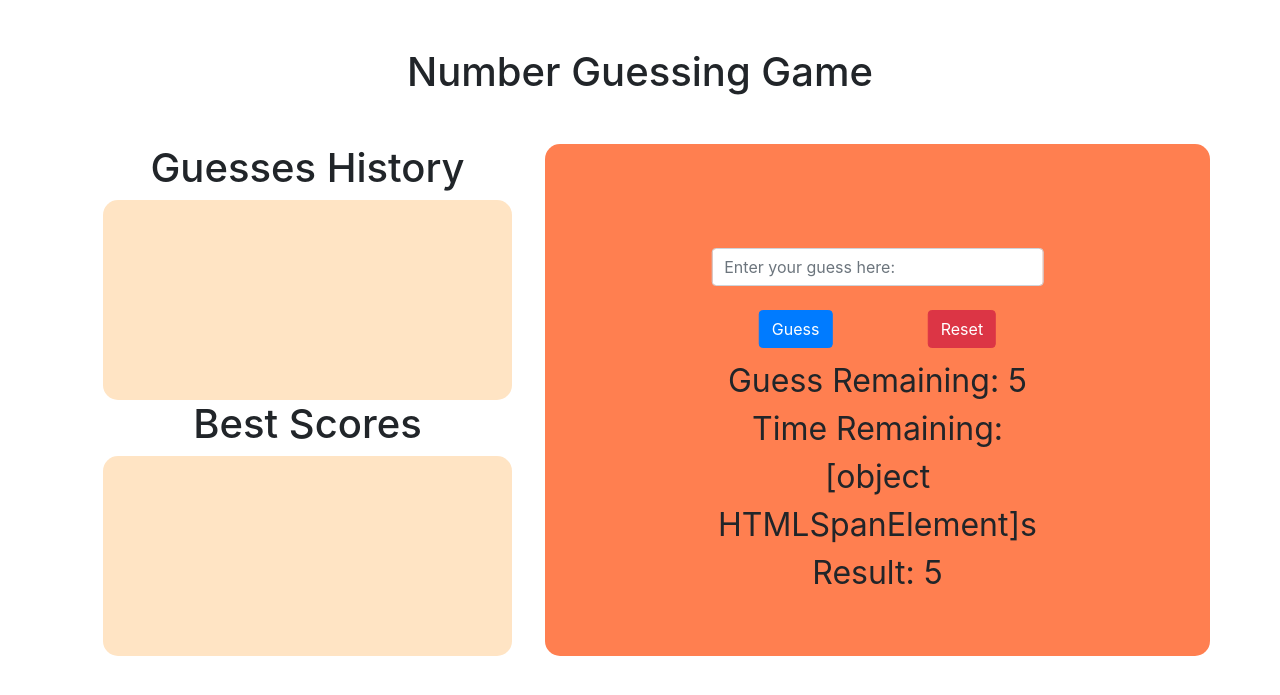
Repository: tts2610/NumberGuessingGame
Page: index.html
These files come from the project's save history. The page is drawn as it stood at one moment and after the next save; the edit follows.
The browser window is 1280 px wide. The pictures show the whole page.
After loading, the first visible `#startGameBtn` was clicked once.

Above is the page before, as saved 2020-05-13 13:17:43.

### index.html
<!DOCTYPE html>
<html lang="en">

<head>
    <meta charset="UTF-8">
    <meta name="viewport" content="width=device-width, initial-scale=1.0">
    <title>Document</title>
    <link rel="stylesheet" href="https://maxcdn.bootstrapcdn.com/bootstrap/4.4.1/css/bootstrap.min.css">

    <!-- jQuery library -->
    <script src="https://ajax.googleapis.com/ajax/libs/jquery/3.4.1/jquery.min.js"></script>

    <!-- Popper JS -->
    <script src="https://cdnjs.cloudflare.com/ajax/libs/popper.js/1.16.0/umd/popper.min.js"></script>

    <!-- Latest compiled JavaScript -->
    <script src="https://maxcdn.bootstrapcdn.com/bootstrap/4.4.1/js/bootstrap.min.js"></script>
    <link rel="stylesheet" href="css/style.css">

</head>

<body>

    <section class="container py-5 numberGuessingBox">
        <h1 style="text-align: center;" class="mb-5">Number Guessing Game</h1>
        <div class="row">
            <div class="col-5 left_handSide px-5">
                <h1 style="text-align: center;">Guesses History</h1>
                <div class="row box-1"></div>
                <h1 style="text-align: center;">Best Scores</h1>
                <div class="row box-2"></div>
            </div>
            <div class="col-7 right_handSide px-5">
                <button onclick="startGame()" class="btn btn-info" id="startGameBtn">Start Game!</button>
                <div id="inputDiv">
                    <div class="customForm py-5">
                        <input type="number" class="form-control" id="guess" placeholder="Enter your guess here:">
                        <div class="submitBtn">
                            <button type="button" class="btn btn-primary mt-4" onclick="guess()">Guess</button>
                            <button type="button" class="btn btn-danger mt-4" onclick="reset()">Reset</button>
                        </div>
                    </div>
                    <div class="result">
                        <div>Guess Remaining:
                            <span id="guessRemaining">5</span>
                        </div>
                        <div>Time Remaining:
                            <span id="secondRemaining">30</span>s</div>
                        <div>Result:
                            <span id="finalResult">5</span>
                        </div>
                    </div>
                </div>


            </div>
        </div>
    </section>

    <script src="js/script.js"></script>
</body>

</html>

### css/style.css
.numberGuessingBox .row .left_handSide .box-1 {
    background-color: bisque;
    height: 200px;
    border-radius: 15px;
}

.numberGuessingBox .row .left_handSide .box-2 {
    background-color: bisque;
    height: 200px;
    border-radius: 15px;
}

.numberGuessingBox .row .right_handSide {
    background-color: coral;
    border-radius: 15px;
    width: auto;
}

.numberGuessingBox .row .right_handSide .customForm {
    width: 50%;
    position: absolute;
    top: 30%;
    left: 50%;
    transform: translate(-50%, -50%);
}

.numberGuessingBox .row .right_handSide .result {
    width: 50%;
    position: absolute;
    top: 65%;
    left: 50%;
    transform: translate(-50%, -50%);
    font-size: xx-large;
    text-align: center;
}

.numberGuessingBox .row .right_handSide .customForm .submitBtn {
    display: flex;
    justify-content: space-around;
}

#inputDiv {
    display: none;
}

#startGameBtn {
    width: 50%;
    position: absolute;
    top: 50%;
    left: 50%;
    transform: translate(-50%, -50%);
}

### js/script.js
let div = document.getElementById("inputDiv");
let startGameBtn = document.getElementById("startGameBtn");

let historyBox = [];
let bestScores = [];
let guess = 5;
let second = 30;
let randomNumber = Math.floor(Math.random() * 100) + 1;

let input = document.getElementById("guess");

let secondRemaining = document.getElementById("secondRemaining");
let guessRemaining = document.getElementById("guessRemaining");
let finalResult = document.getElementById("finalResult");


$(document).ready(function() {
    div.style.display = "none";
});

function startGame() {
    if (div.style.display === "none") {
        secondRemaining.textContent = secondRemaining;
        div.style.display = "block";
        startGameBtn.style.display = "none";
    }
}




function get() {

}

function reset() {

}

After the next save:
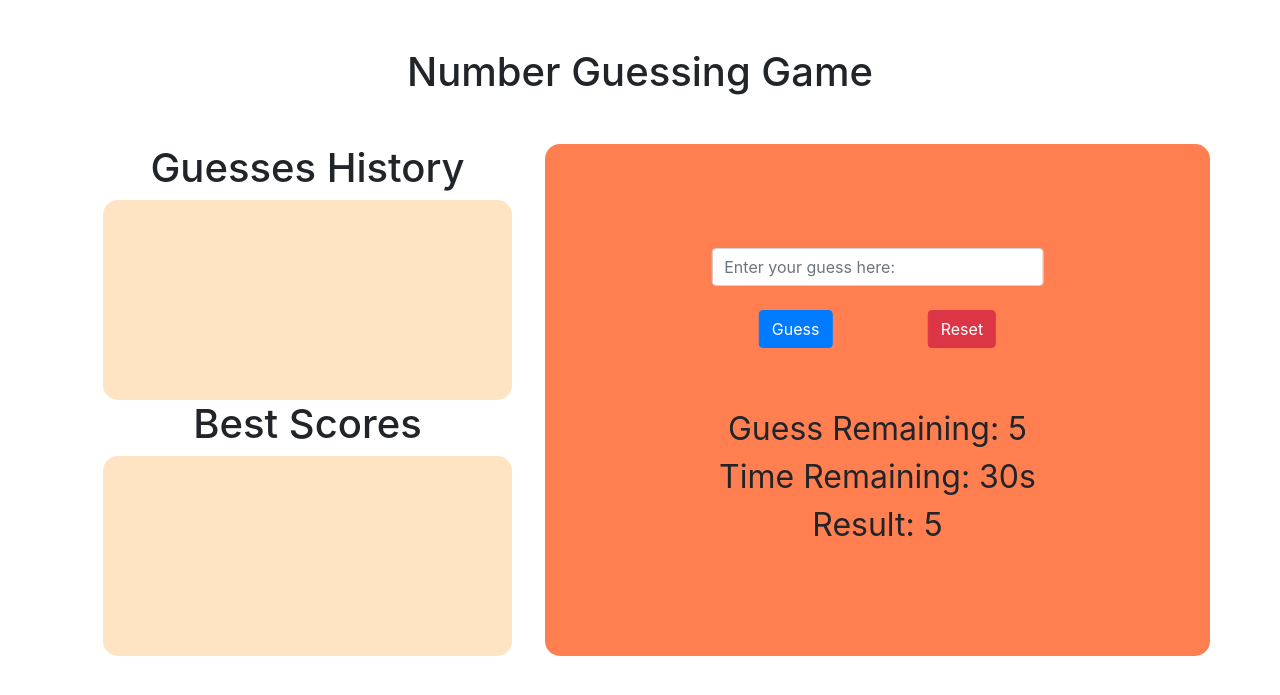
Saved 11 s later.
--- a/js/script.js
+++ b/js/script.js
@@ -20,7 +20,7 @@ $(document).ready(function() {
 
 function startGame() {
     if (div.style.display === "none") {
-        secondRemaining.textContent = secondRemaining;
+        secondRemaining.textContent = second;
         div.style.display = "block";
         startGameBtn.style.display = "none";
     }
